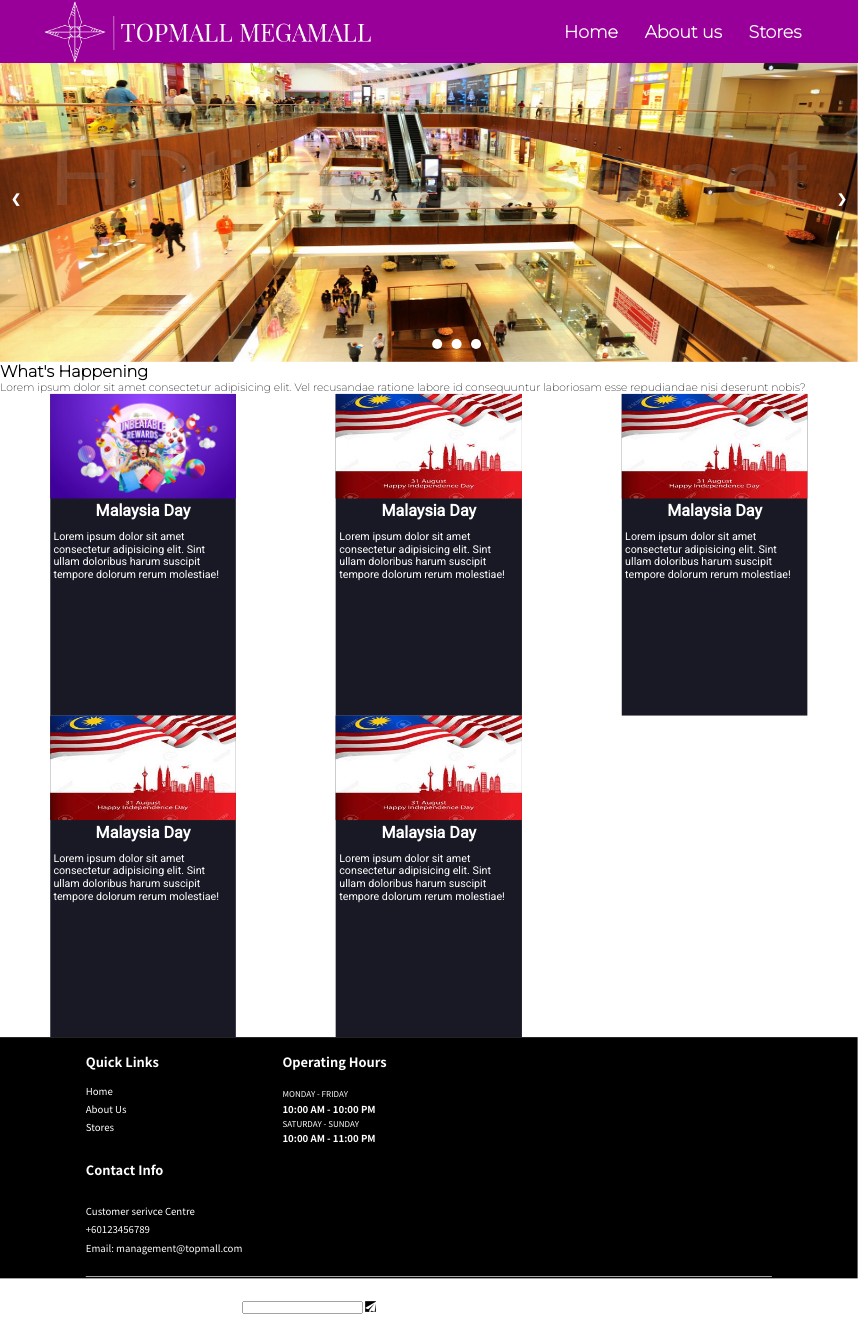
Repository: Jack0Bong/Web-Dev-Assignment
Page: index.html
The author's editor kept a copy of each file at every save. The page is drawn from the files as they stood at one save, then again after the next save.
The browser window is 1280 px wide. The pictures show the whole page, at 67% of full size.

Above is the page before, as saved 2021-09-02 01:53:16.

After the next save:
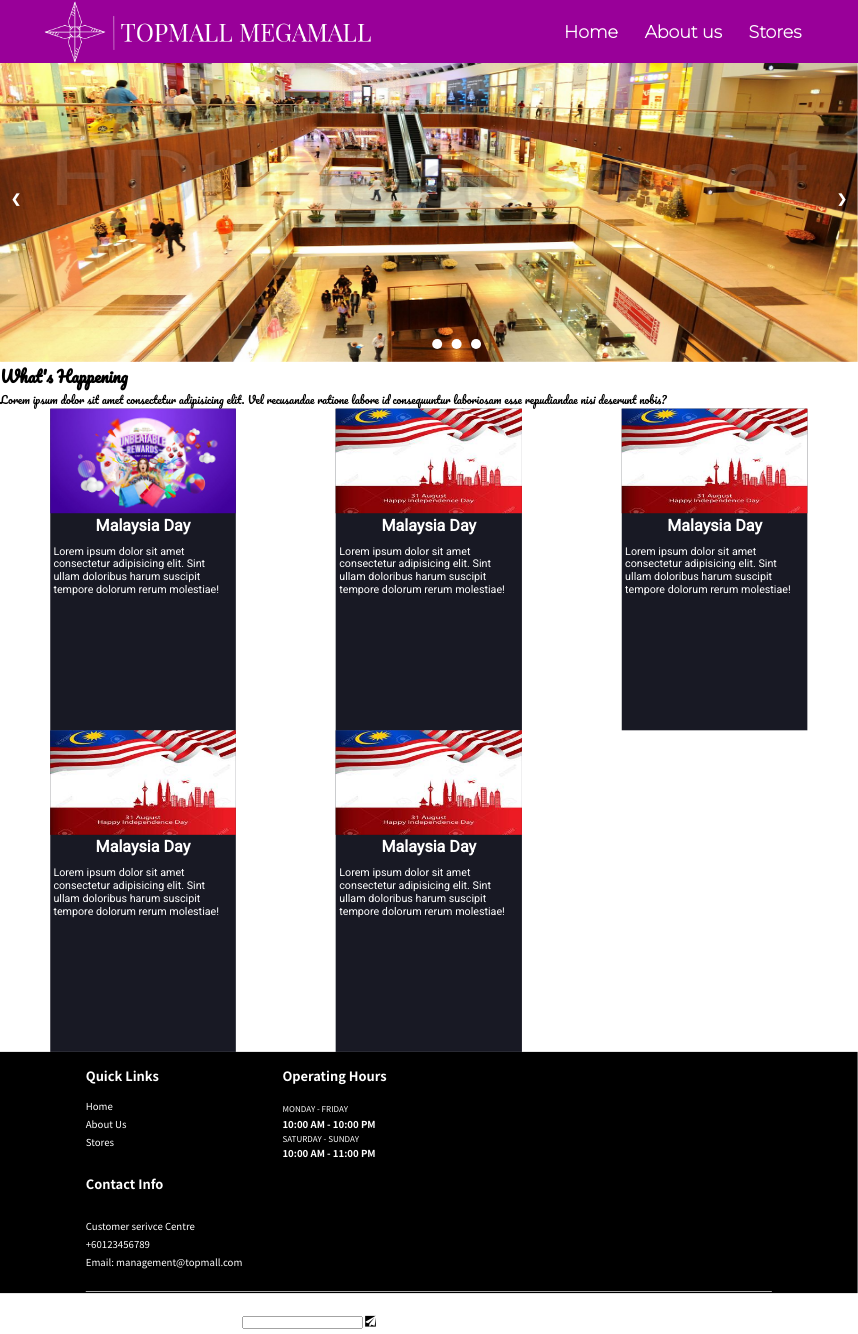
Saved 29 s later.
--- a/css/index.css
+++ b/css/index.css
@@ -78,13 +78,15 @@ from {opacity: .4}
 to {opacity: 1}
 }
 
+
+
 /* Events section styling */
 .events-section{
     width: 100%;
 }
 
 .event-title{
-    font-family: Montserrat;
+    font-family: pacifico;
 }
 
 .card-view{
